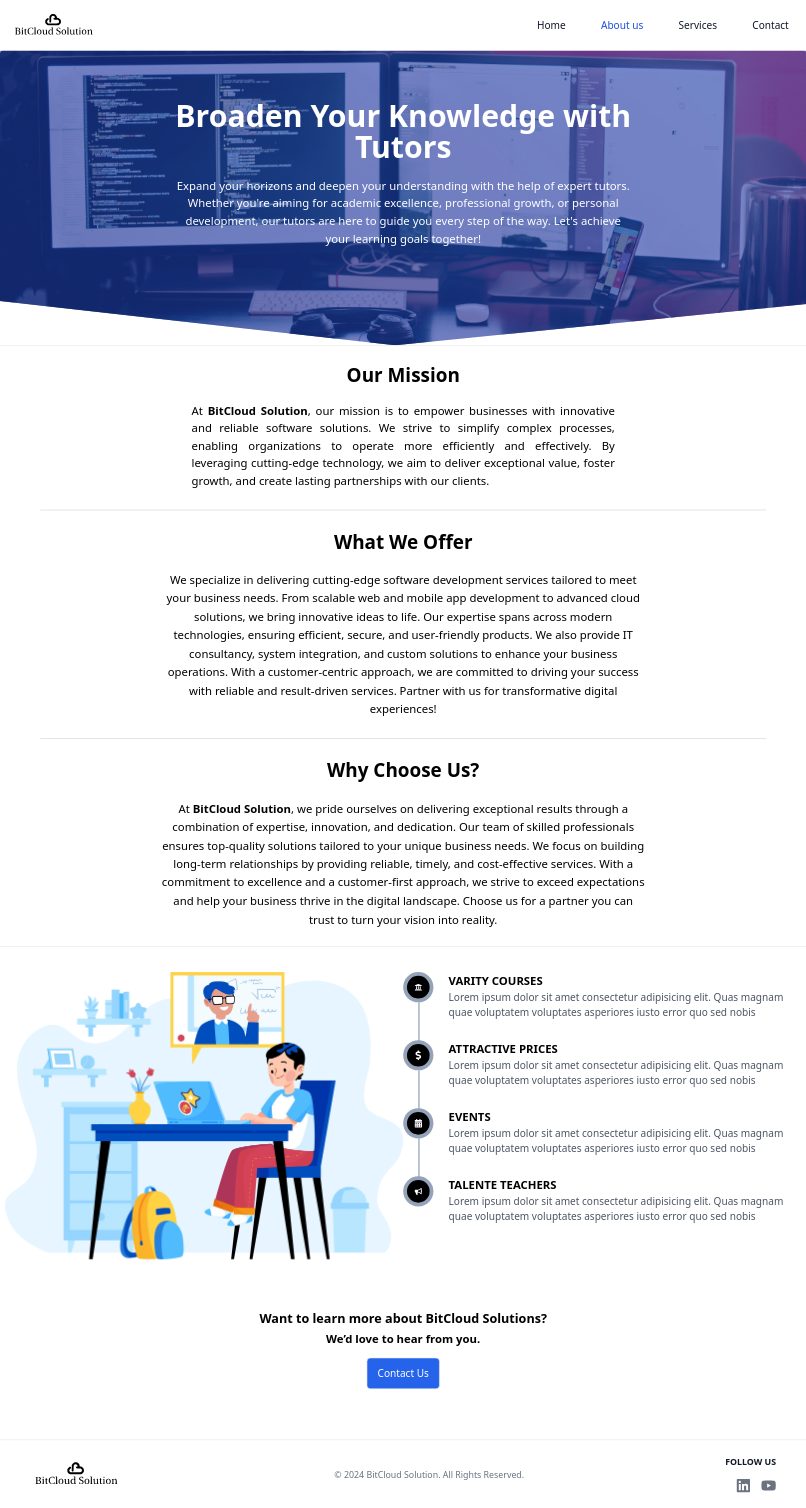
Repository: huzaifaBitCloud/BitCloud-website
Page: /about-us
An editor plug-in stored every save of this project. The page is shown before and after the next save, followed by the edit.
The browser window is 1280 px wide. The pictures show the whole page, at 63% of full size.
The project was rebuilt for these pictures with package versions that can differ from the ones it lists, and the page was loaded fresh each time. The framework's server and built-in components were replaced by stand-ins that run in the browser. Also part of the build but not shown: next.config.mjs.

Above is the page before, as saved 2025-01-27 12:34:37.

### src/app/layout.tsx
import type { Metadata } from "next";
import localFont from "next/font/local";
import "./globals.css";

const geistSans = localFont({
  src: "./fonts/GeistVF.woff",
  variable: "--font-geist-sans",
  weight: "100 900",
});
const geistMono = localFont({
  src: "./fonts/GeistMonoVF.woff",
  variable: "--font-geist-mono",
  weight: "100 900",
});

export const metadata: Metadata = {
  title: "BitCloud Solution",
  description: "Generated by create next app",
};

export default function RootLayout({
  children,
}: Readonly<{
  children: React.ReactNode;
}>) {
  return (
    <html lang="en">
      <body
        className={`${geistSans.variable} ${geistMono.variable} antialiased`}
      >
        {children}
      </body>
    </html>
  );
}

### src/app/about-us/page.tsx
import Layout from "@/components/Layout";
import About from "@/components/About";

const AboutPage = () => {
  return (
    <Layout>
      <About />
    </Layout>
  );
};

export default AboutPage;

### src/app/globals.css
@tailwind base;
@tailwind components;
@tailwind utilities;

.custom-cards-ourClient {
  box-shadow: 0px -10px 10px 2px rgba(221, 223, 226, 1);
  border-radius: 15px;
  background: linear-gradient(180deg, #e9f2e4 0%, #f5f7fa 90%);
}
.custom-card-2-achievements {
  box-shadow: 0px -10px 10px 2px rgba(221, 223, 226, 1);
  border-radius: 15px;
  background: linear-gradient(180deg, #f4d9d0 0%, #f5f7fa 90%);
}
.custom-card-3-achievements {
  box-shadow: 0px -10px 10px 2px rgba(221, 223, 226, 1);
  border-radius: 15px;
  background: linear-gradient(180deg, #e7ebf0, #f5f7fa 90%);
}

:root {
  /* --color-primary: #e9f2e4;
    --color-secondary: #f5f7fa;
*/
  --h-100vh: 100vh;
}
html {
  scroll-behavior: smooth;
}

/* ABout CSS */

.btn-about {
  display: inline-block;
  margin: 0 0.625rem;
  padding: 0.3125rem 1.25rem;
  border-radius: 1.25rem;
  background: transparent;
  border: solid 0.0625rem #fff;
  position: relative;
  z-index: 9;
}
.main-hero-about {
  clip-path: polygon(
    50% 0%,
    100% 0,
    100% 35%,
    100% 86%,
    49% 100%,
    0 85%,
    0% 35%,
    0 0
  );
}

/* Services */

.zoomIn {
  -webkit-animation-name: zoomIn;
  animation-name: zoomIn;
  -webkit-animation-duration: 1s;
  animation-duration: 1s;
  -webkit-animation-fill-mode: both;
  animation-fill-mode: both;
}
@-webkit-keyframes zoomIn {
  0% {
    opacity: 0;
    -webkit-transform: scale3d(0.3, 0.3, 0.3);
    transform: scale3d(0.3, 0.3, 0.3);
  }
  50% {
    opacity: 1;
  }
}
@keyframes zoomIn {
  0% {
    opacity: 0;
    -webkit-transform: scale3d(0.3, 0.3, 0.3);
    transform: scale3d(0.3, 0.3, 0.3);
  }
  50% {
    opacity: 1;
  }
}

.card-services {
  border-top: 10px solid transparent;
  transition: border-top-color 0.4s, box-shadow 0.4s;
}

.card-services:hover {
  border-top-color: #2563eb;
  box-shadow: 0px 0px 5px rgba(0, 0, 0, 0.75);
}

@media only screen and (max-width: 760px) {
  .main-hero-about {
    clip-path: polygon(
      50% 0%,
      100% 0,
      100% 35%,
      100% 92%,
      49% 100%,
      0 92%,
      0% 35%,
      0 0
    );
  }
  .main-hero-about {
    height: var(--h-100vh) !important;
  }
  .sub-hero-about {
    text-align: center !important;
    margin: 0 auto !important;
  }
  .mob-btn-about {
    justify-content: center;
  }
  .mob-nav-style {
    position: absolute;
    top: 76%;
    left: 0;
  }
}
.heading {
  font-family: "Poppins", sans-serif;
  font-style: normal;
  font-weight: 600;
  color: rgb(245, 95, 141);
  font-size: 27px;
  line-height: 26px;
  text-align: center;
  padding-top: 2%;
}
.context {
  font-family: "Poppins", sans-serif;
  font-style: normal;
  font-weight: normal;
  color: rgb(38, 38, 38);
  font-size: 20px;
  line-height: 72px;
  text-align: center;
}

.card-container {
  display: flex;
  justify-content: center;
  gap: 20px;
  flex-wrap: wrap;
  width: 100%;
  padding-left: 20px;
  padding-right: 20px;
  margin-top: 3%;
}

.card {
  background-color: #ffffff;
  height: 26rem;
  width: 364px;
  box-shadow: rgba(0, 0, 0, 0.24) 0px 3px 8px;
  padding: 20px;
  border-radius: 10px;
  cursor: pointer;
  transition: transform 0.5s, box-shadow 0.5s;
  flex-grow: 0;
  flex-shrink: 0;
  text-align: center;
}

.card:hover {
  transform: translateY(-10px);
  box-shadow: rgba(0, 0, 0, 0.24) 0px 3px 8px;
}

.card-image-section {
  height: 60%;
  margin-top: 21px;
  margin-bottom: -20px;
}

.card-image {
  width: 100%;
  height: 75%;
  object-fit: contain;
}

.card-text-section {
  height: 20%;
  margin-bottom: 32px;
  text-align: center;
}

.card-title {
  font-family: "Poppins", sans-serif;
  font-size: 20px;
  font-weight: 600;
  color: #262626;
  margin-bottom: 10px;
}

.card-description {
  font-family: "Poppins", sans-serif;
  font-size: 14px;
  color: #555;
  line-height: 1.5;
}

.card-button-section {
  height: 20%;
}

.learn-more-button {
  font-family: "Poppins", sans-serif;

  color: rgb(245, 95, 141);
  border: none;
  padding: 10px 20px;
  border-radius: 5px;
  font-size: 14px;
  font-weight: 600;
  cursor: pointer;
  transition: background-color 0.3s;
}

### src/components/Layout.tsx
import React from "react";
import { ReactNode } from "react";

import { Navbar } from "./Navbar";
import Footer from "./Footer";

interface LayoutProps {
  children: ReactNode;
}

const Layout = ({children}: LayoutProps) => {
  return (
    <div>
      <Navbar />
      <div className="">{children}</div>
      <Footer />
    </div>
  );
};

export default Layout;

### src/components/About.tsx
"use client";
import { useRouter } from "next/navigation";
import React from "react";
import WhyChooseUs from "./WhyChooseUs";

const About = () => {
  const router = useRouter();

  return (
    <section id="about" className=" w-[100%] mx-auto mb-6">
      {/* HEADINGS */}
      <div
        className="relative text-white text-center py-20 rounded-md bg-cover bg-center lg:h-[65vh] md:h-[70vh] main-hero-about"
        style={{
          backgroundImage: "url('/images/web-developer.jpg')",
        }}
      >
        {/* Overlay */}
        <div className="absolute inset-0 bg-blue-800 bg-opacity-60"></div>

        {/* Content */}
        <div className="relative z-10 sm:w-[90%] md:w-[70%] lg:w-[60%] mx-auto text-center sub-hero-about">
          <h2 className="text-4xl md:text-5xl font-bold mb-6 text-white dark:text-white">
            Broaden Your Knowledge with Tutors
          </h2>
          <p className="px-6 mb-8 text-base md:text-lg text-white dark:text-gray-300 leading-relaxed">
            {`Expand your horizons and deepen your understanding with the help of
            expert tutors. Whether you're aiming for academic excellence,
            professional growth, or personal development, our tutors are here to
            guide you every step of the way. Let's achieve your learning goals
            together!`}
          </p>
        </div>

        {/* <div className="relative z-10 sm:w-[100%] md:w-[80%] lg:w-[50%] mx-auto text-left sub-hero-about">
          <h2 className="text-4xl font-bold mb-4">
            Broaden Your Knowledge with Tutors
          </h2>
          <p className="mb-6 text-lg">
            Lorem ipsum dolor sit amet consectetur adipisicing elit. Recusandae
            sint earum aspernatur nemo cum, nihil cupiditate eius, unde quam ab
            minima velit tenetur at. In iusto rem libero eius quaerat.
          </p>
        </div> */}
      </div>
      <hr />

      <div className="mt-5 px-4 sm:px-6 md:px-10 lg:px-16">
        {/* Our Mission */}
        <div className="text-center px-6 my-7">
          <h2 className="text-3xl font-bold my-6">Our Mission</h2>
          <p className="  text-lg  text-justify max-w-2xl mx-auto">
            At <strong>BitCloud Solution</strong>, our mission is to empower
            businesses with innovative and reliable software solutions. We
            strive to simplify complex processes, enabling organizations to
            operate more efficiently and effectively. By leveraging cutting-edge
            technology, we aim to deliver exceptional value, foster growth, and
            create lasting partnerships with our clients.
          </p>
        </div>

        <hr className="my-8 border-gray-300" />

        {/* What We Offer */}
        <div className="text-center">
          <h2 className="text-3xl font-bold my-6">What We Offer</h2>
          <p className="my-7 text-lg leading-relaxed max-w-3xl mx-auto">
            We specialize in delivering cutting-edge software development
            services tailored to meet your business needs. From scalable web and
            mobile app development to advanced cloud solutions, we bring
            innovative ideas to life. Our expertise spans across modern
            technologies, ensuring efficient, secure, and user-friendly
            products. We also provide IT consultancy, system integration, and
            custom solutions to enhance your business operations. With a
            customer-centric approach, we are committed to driving your success
            with reliable and result-driven services. Partner with us for
            transformative digital experiences!
          </p>
        </div>

        <hr className="my-8 border-gray-300" />

        {/* Why Choose Us */}
        <div className="text-center">
          <h2 className="text-3xl font-bold my-6">Why Choose Us?</h2>
          <p className="my-7 text-lg leading-relaxed max-w-3xl mx-auto">
            At <strong>BitCloud Solution</strong>, we pride ourselves on
            delivering exceptional results through a combination of expertise,
            innovation, and dedication. Our team of skilled professionals
            ensures top-quality solutions tailored to your unique business
            needs. We focus on building long-term relationships by providing
            reliable, timely, and cost-effective services. With a commitment to
            excellence and a customer-first approach, we strive to exceed
            expectations and help your business thrive in the digital landscape.
            Choose us for a partner you can trust to turn your vision into
            reality.
          </p>
          {/* <p className="my-7 text-lg leading-relaxed max-w-4xl mx-auto"></p> */}
        </div>
      </div>

      <hr />
      <div className="my-10 ">
        <WhyChooseUs />
      </div>
      <div className="text-center my-20">
        <h3 className="text-xl font-bold">
          Want to learn more about BitCloud Solutions?
        </h3>
        <p className="text-lg font-semibold mt-1">
          We’d love to hear from you.
        </p>
        <button
          className="border bg-blue-600 px-4 py-3 rounded-md text-white hover:bg-blue-700 mt-4"
          onClick={() => router.push("/contact")}
        >
          Contact Us
        </button>
      </div>
    </section>
  );
};

export default About;

### src/components/Footer.tsx
// import Link from "next/link";
// import { FaLinkedin, FaYoutube } from "react-icons/fa";

// const Footer = () => {
//   const currentYear = new Date().getFullYear(); // Get the current year dynamically

//   return (
//     <footer className="bg-white dark:bg-gray-900 border-t w-full">
//       <div className="container mx-auto px-4 py-6">
//         <div className="flex flex-col md:flex-row md:items-center md:justify-between">
//           {/* Logo Section */}
//           <div className="flex items-center mb-4 md:mb-0 py-6">
//             <img
//               src="/images/logo.svg"
//               alt="BitCloud Logo"
//               className="h-14 mr-3 md:ml-4"
//             />
//           </div>

//           {/* Rights Section */}
//           <div className="text-center mb-4 md:mb-0">
//             <span className="text-sm text-gray-500 dark:text-gray-400">
//               © {currentYear}{" "}
//               <Link
//                 href="https://bitcloudsolution.com/"
//                 className="hover:underline"
//               >
//                 BitCloud Solution
//               </Link>
//               . All Rights Reserved.
//             </span>
//           </div>

//           {/* Follow Us Section */}
//           <div className="flex flex-col items-center md:items-end">
//             <h2 className="mb-4 text-sm font-semibold text-gray-900 uppercase dark:text-white">
//               Follow Us
//             </h2>
//             <div className="flex space-x-4">
//               <Link
//                 href="https://www.linkedin.com/company/bitcloud-solution-software/"
//                 aria-label="LinkedIn"
//                 className="text-gray-500 hover:text-blue-600 dark:hover:text-blue-400"
//               >
//                 <FaLinkedin className="w-6 h-6" />
//               </Link>
//               <Link
//                 href="http://www.youtube.com/@BitCloudSolution"
//                 aria-label="YouTube"
//                 className="text-gray-500 hover:text-red-600 dark:hover:text-red-400"
//               >
//                 <FaYoutube className="w-6 h-6" />
//               </Link>
//             </div>
//           </div>
//         </div>
//       </div>
//     </footer>
//   );
// };

// export default Footer;

import Link from "next/link";
import { FaLinkedin, FaYoutube } from "react-icons/fa";

const Footer = () => {
  const currentYear = new Date().getFullYear(); // Get the current year dynamically

  return (
    <footer className="bg-white dark:bg-gray-900 border-t w-full">
      <div className="container mx-auto px-6 py-6">
        <div className="flex flex-col items-center md:flex-row md:justify-between">
          {/* Logo Section */}
          <div className="flex items-center mb-4 md:mb-0 md:ml-6">
            <Link href='/'>
            <img
              src="/images/logo.svg"
              alt="BitCloud Logo"
              className="h-14 mr-3"
            />
            </Link>
          </div>

          {/* Rights Section */}
          <div className="text-center mb-4 md:mb-0">
            <span className="text-sm text-gray-500 dark:text-gray-400">
              © {currentYear}{" "}
              <Link
                href="https://bitcloudsolution.com/"
                className="hover:underline"
              >
                BitCloud Solution
              </Link>
              . All Rights Reserved.
            </span>
          </div>

          {/* Follow Us Section */}
          <div className="flex flex-col items-center md:items-end md:mr-6">
            <h2 className="mb-4 text-sm font-semibold text-gray-900 uppercase dark:text-white">
              Follow Us
            </h2>
            <div className="flex space-x-4">
              <Link
                href="https://www.linkedin.com/company/bitcloud-solution-software/"
                aria-label="LinkedIn"
                className="text-gray-500 hover:text-blue-600 dark:hover:text-blue-400"
              >
                <FaLinkedin className="w-6 h-6" />
              </Link>
              <Link
                href="http://www.youtube.com/@BitCloudSolution"
                aria-label="YouTube"
                className="text-gray-500 hover:text-red-600 dark:hover:text-red-400"
              >
                <FaYoutube className="w-6 h-6" />
              </Link>
            </div>
          </div>
        </div>
      </div>
    </footer>
  );
};

export default Footer;

### src/components/WhyChooseUs.tsx
import React from "react";
import {
  FaUniversity,
  FaDollarSign,
  FaCalendarAlt,
  FaBullhorn,
} from "react-icons/fa";

const WhyChooseUs = () => {
  const steps = [
    {
      icon: <FaUniversity />,
      title: "VARITY COURSES",
      description:
        "Lorem ipsum dolor sit amet consectetur adipisicing elit. Quas magnam quae voluptatem voluptates asperiores iusto error quo sed nobis",
    },
    {
      icon: <FaDollarSign />,
      title: "ATTRACTIVE PRICES",
      description:
        "Lorem ipsum dolor sit amet consectetur adipisicing elit. Quas magnam quae voluptatem voluptates asperiores iusto error quo sed nobis",
    },
    {
      icon: <FaCalendarAlt />,
      title: "EVENTS",
      description:
        "Lorem ipsum dolor sit amet consectetur adipisicing elit. Quas magnam quae voluptatem voluptates asperiores iusto error quo sed nobis",
    },
    {
      icon: <FaBullhorn />,
      title: "TALENTE TEACHERS",
      description:
        "Lorem ipsum dolor sit amet consectetur adipisicing elit. Quas magnam quae voluptatem voluptates asperiores iusto error quo sed nobis",
    },
  ];

  return (
    <div className="w-[100%] mx-auto mt-6">

      <div className="grid lg:grid-cols-2 xs:grid-cols-1 mx-2">
        <div>
          <img src="/images/about-us.jpg" alt="About us" />
        </div>
        <div className="flex flex-col items-start mx-auto h-[100%]">
          {steps.map((step, index) => (
            <div key={index} className="flex items-start mb-8 relative">
              {/* Vertical Line */}
              {index !== steps.length - 1 && (
                <span className="absolute left-6 top-12 h-20 w-0.5 bg-slate-400"></span>
              )}

              {/* Icon in a circle */}
              <div className="flex justify-center items-center w-12 h-12 p-3 rounded-full bg-black text-white border-[6px] border-slate-400">
                {step.icon}
              </div>

              {/* Title and Description */}
              <div className="ml-6">
                <h3 className="text-lg font-bold">{step.title}</h3>
                <p className="text-gray-600">{step.description}</p>
              </div>
            </div>
          ))}
        </div>
      </div>
    </div>
  );
};

export default WhyChooseUs;

Loaded but not shown: tailwind.config.ts (common file); src/components/Navbar.tsx (332 lines, source omitted)

After the next save:
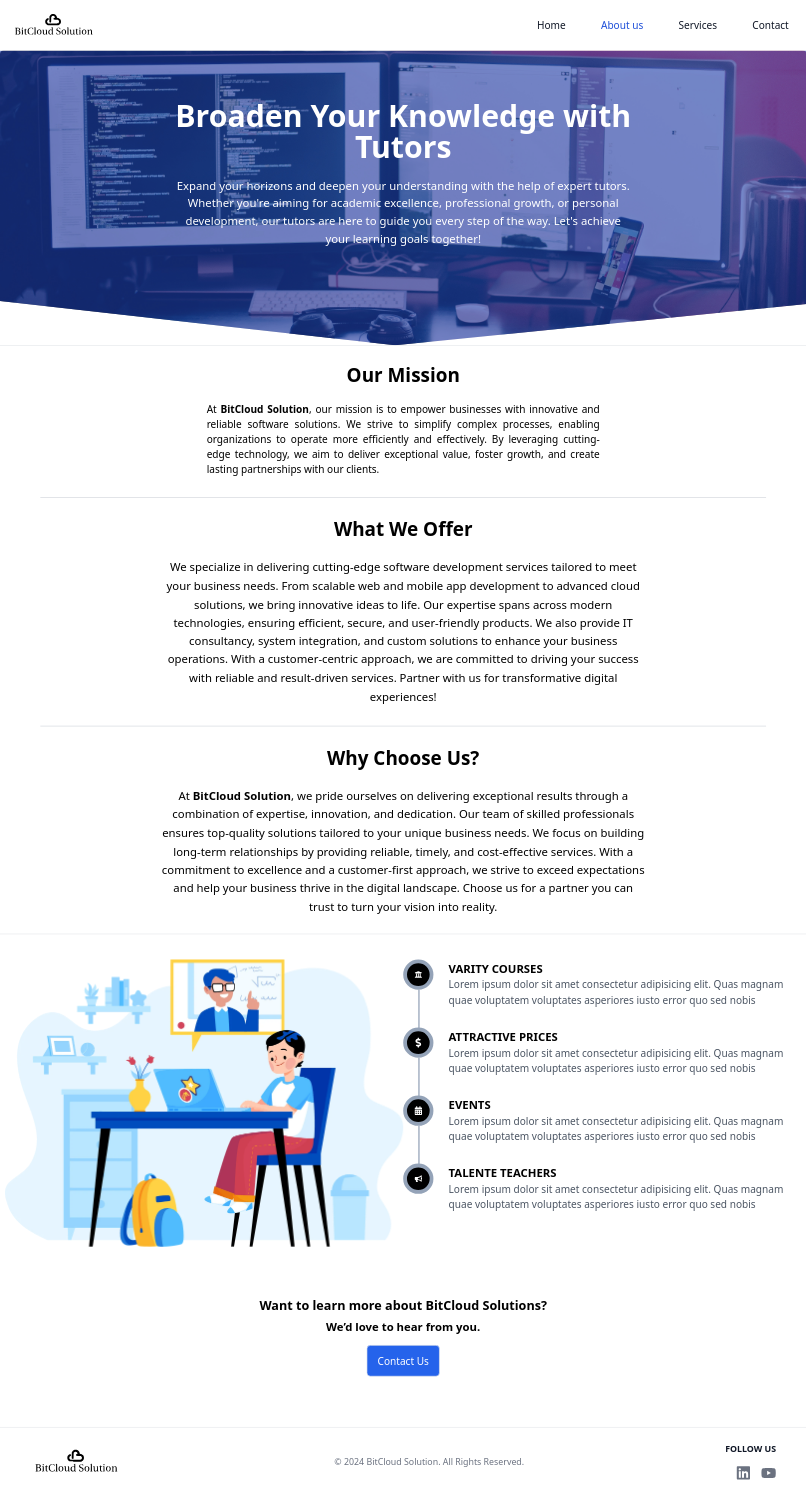
Saved 20 s later.
--- a/src/components/About.tsx
+++ b/src/components/About.tsx
@@ -47,9 +47,9 @@
 
       <div className="mt-5 px-4 sm:px-6 md:px-10 lg:px-16">
         {/* Our Mission */}
-        <div className="text-center px-6 my-7">
+        <div className="text-center px-6 my-7 max-w-2xl mx-auto">
           <h2 className="text-3xl font-bold my-6">Our Mission</h2>
-          <p className="  text-lg  text-justify max-w-2xl mx-auto">
+          <p className="    text-justify ">
             At <strong>BitCloud Solution</strong>, our mission is to empower
             businesses with innovative and reliable software solutions. We
             strive to simplify complex processes, enabling organizations to
